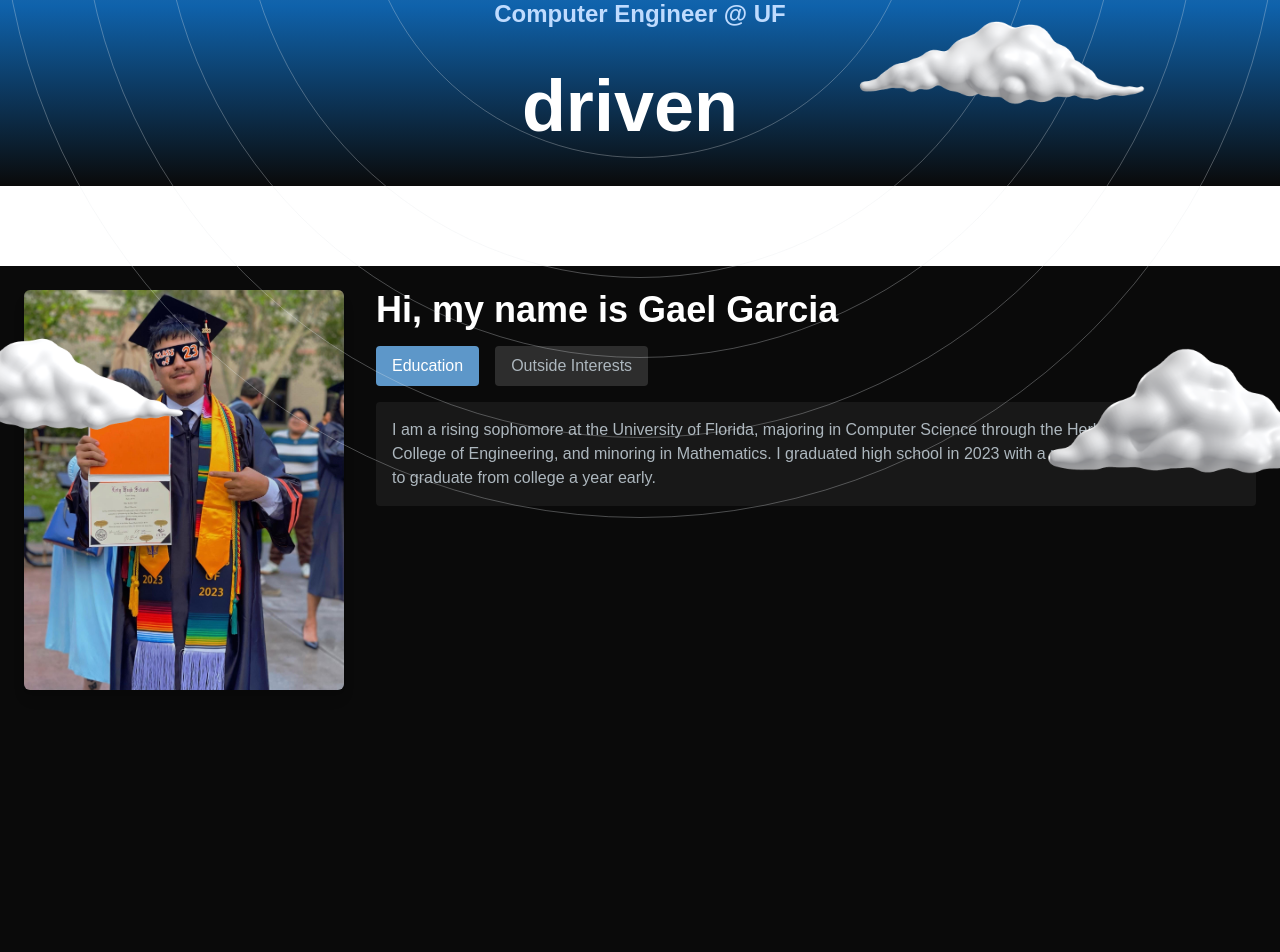
Repository: GG1627/2d-portfolio
Page: /
The author's editor kept a copy of each file at every save. The page is drawn from the files as they stood at one save, then again after the next save.
The browser window is 1280 px wide. The pictures show the part of the page from y = 534 to 1486 px (the page is 5640 px tall).
The project was rebuilt for these pictures with package versions that can differ from the ones it lists, and the page was loaded fresh each time. The framework's server and built-in components were replaced by stand-ins that run in the browser. Also part of the build but not shown: next.config.ts.

Above is the page before, as saved 2025-01-08 11:18:08.

After the next save:
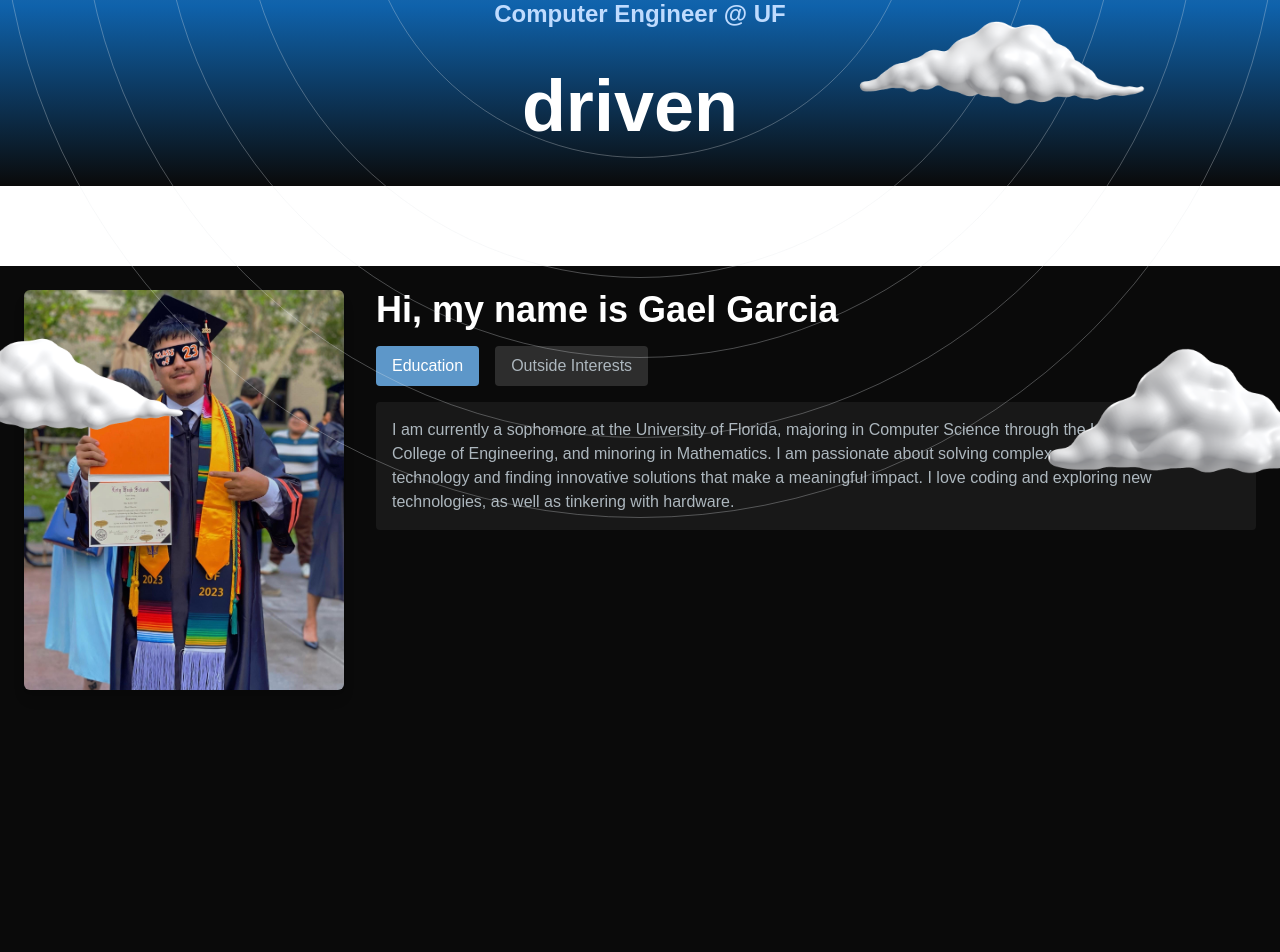
Saved 4 min 13 s later.
--- a/app/sections/About.tsx
+++ b/app/sections/About.tsx
@@ -58,11 +58,13 @@
             <div>
               {/* <h2 className="text-2xl font-semibold mb-2">Education</h2> */}
               <p className="text-[#ADB7BE]">
-                I am a rising sophomore at the University of Florida, majoring
-                in Computer Science through the Herbert Wertheim College of
-                Engineering, and minoring in Mathematics. I graduated high
-                school in 2023 with a perfect 4.0 GPA and plan to graduate from
-                college a year early.
+                I am currently a sophomore at the University of Florida,
+                majoring in Computer Science through the Herbert Wertheim
+                College of Engineering, and minoring in Mathematics. I am
+                passionate about solving complex problems through technology and
+                finding innovative solutions that make a meaningful impact. I
+                love coding and exploring new technologies, as well as tinkering
+                with hardware.{" "}
               </p>
             </div>
           ) : (
